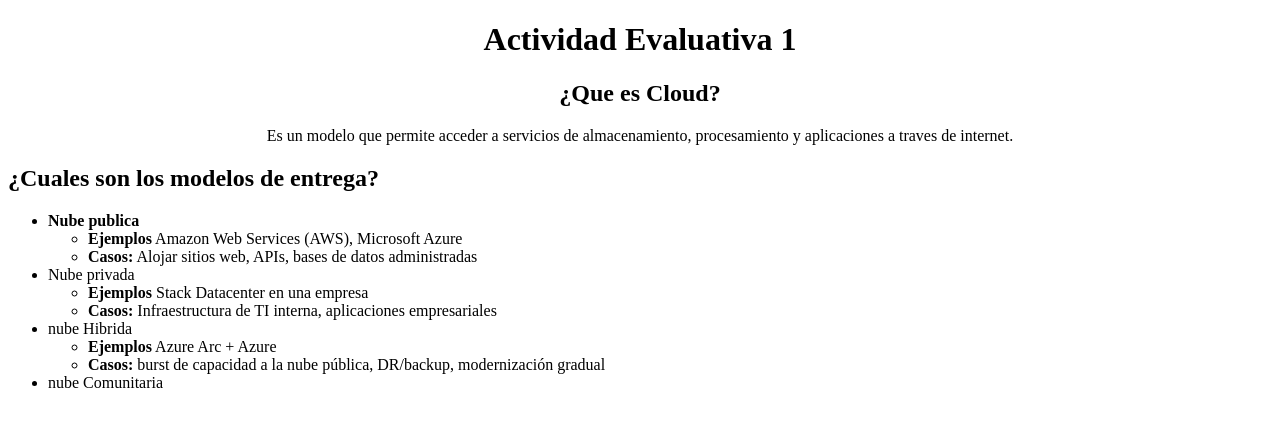
Repository: Laura-Oliveros/Actividad-Evaluativa-1
Page: LauSebas.html
These files come from the project's save history. The page is drawn as it stood at one moment and after the next save; the edit follows.
The browser window is 1280 px wide. The pictures show the whole page.

Above is the page before, as saved 2025-09-04 19:05:57.

After the next save:
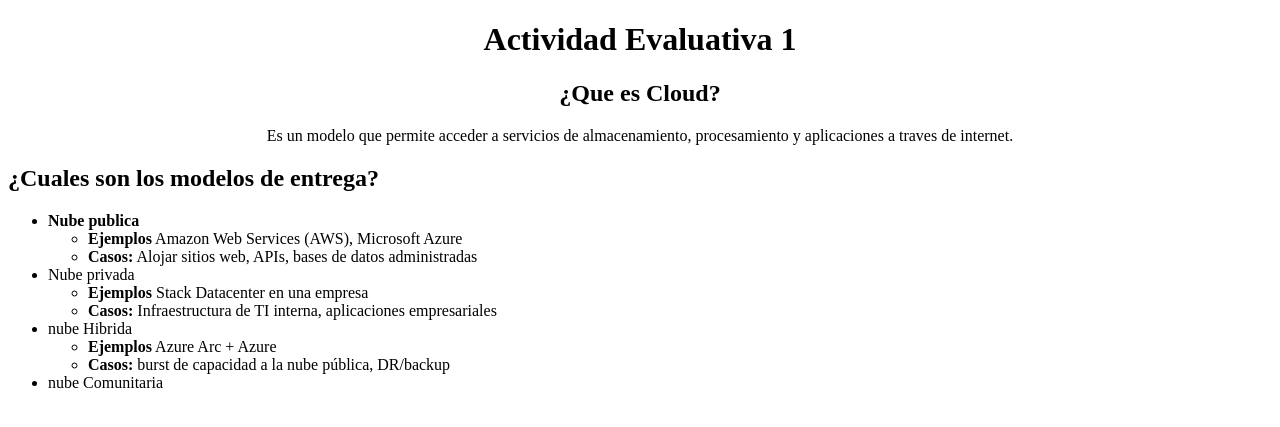
Saved 6 s later.
--- a/LauSebas.html
+++ b/LauSebas.html
@@ -30,7 +30,7 @@
             <li>nube Hibrida</li>
             <ul>
                 <li><strong>Ejemplos</strong> Azure Arc + Azure</li>
-                <li><strong>Casos:</strong> burst de capacidad a la nube pública, DR/backup, modernización gradual</li>
+                <li><strong>Casos:</strong> burst de capacidad a la nube pública, DR/backup</li>
             </ul>
             <li>nube Comunitaria</li>
         </ul>
